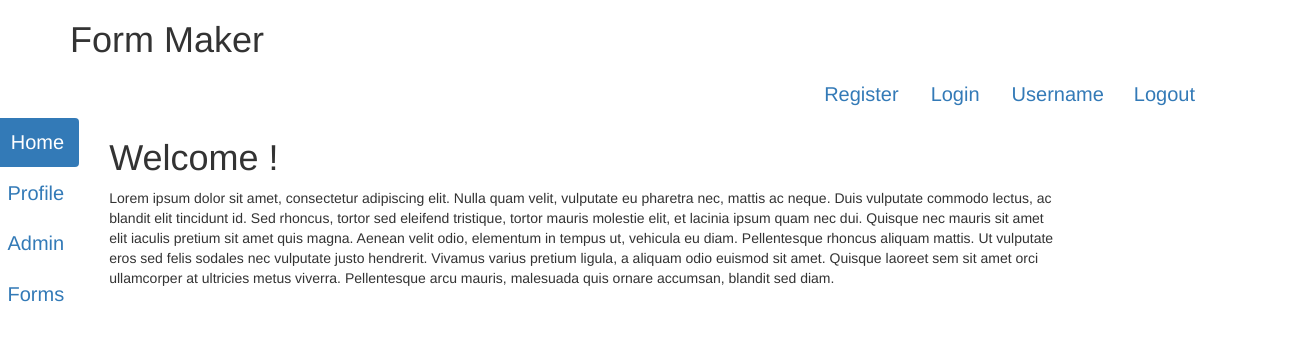
Repository: dishant8/Web-development
Page: public/WebDevWorkspace/experiment/WebContent/CSS/Bootstrap/Hometesthtml.html
An editor plug-in stored every save of this project. The page is shown before and after the next save, followed by the edit.
The browser window is 1280 px wide. The page is 1295 px wide, so the pictures cover 1295 px, including what lies to the right of the window. The pictures show the whole page.

Above is the page before, as saved 2015-09-30 22:06:21.

After the next save:
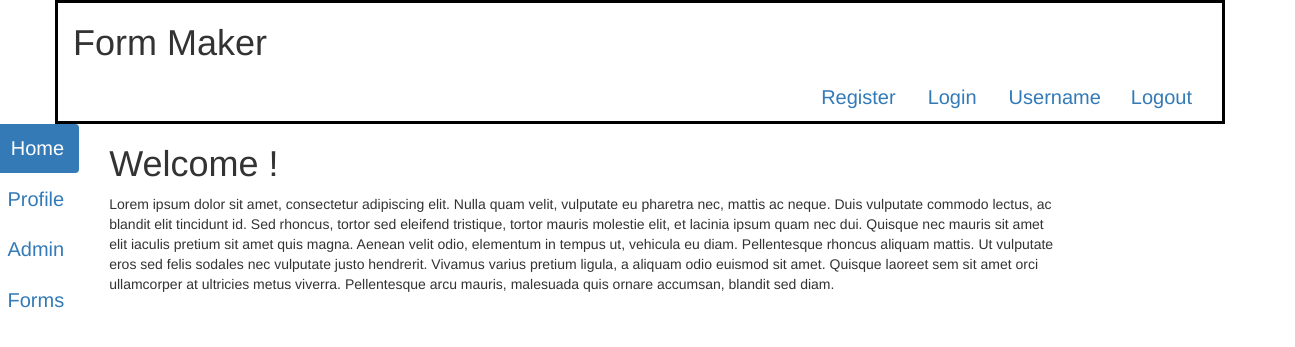
Saved 25 s later.
--- a/public/WebDevWorkspace/experiment/WebContent/CSS/Bootstrap/style.css
+++ b/public/WebDevWorkspace/experiment/WebContent/CSS/Bootstrap/style.css
@@ -18,7 +18,7 @@
 	}
 
 
-.contain{
+.container{
 		border-bottom: black solid medium;
 	border-top: black solid medium;
 	border-right: black solid medium;

After the save that followed:
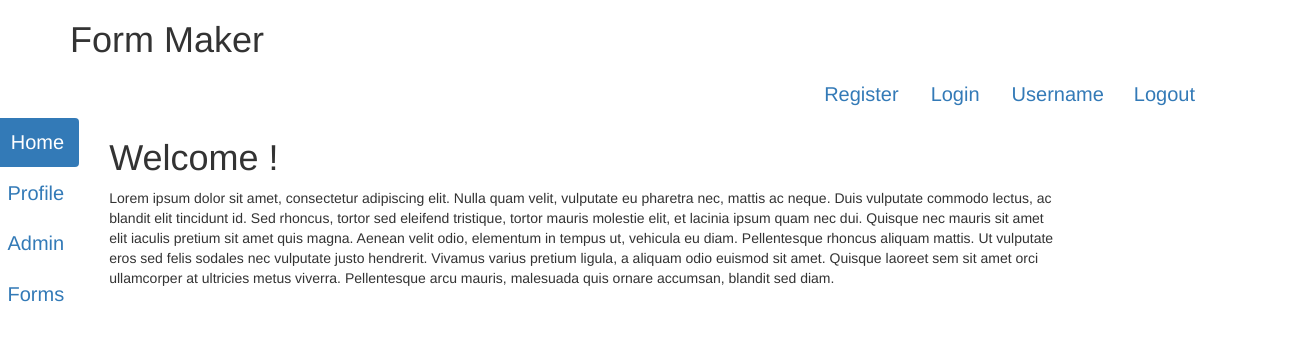
Saved 2 min 56 s later.
--- a/public/WebDevWorkspace/experiment/WebContent/CSS/Bootstrap/style.css
+++ b/public/WebDevWorkspace/experiment/WebContent/CSS/Bootstrap/style.css
@@ -18,7 +18,7 @@
 	}
 
 
-.container{
+.contain{
 		border-bottom: black solid medium;
 	border-top: black solid medium;
 	border-right: black solid medium;
